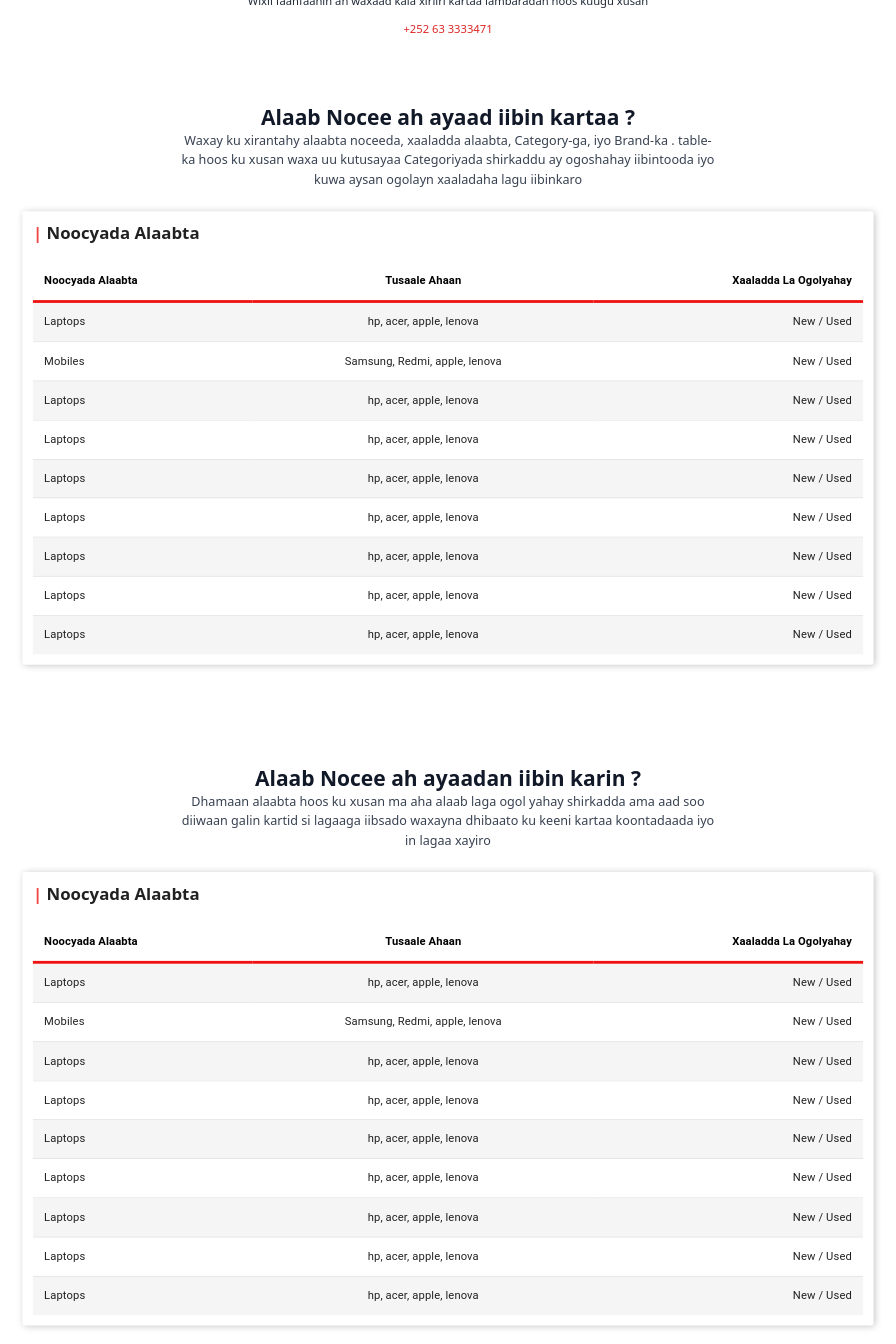
Repository: muraadso/Muraadso-Sellers
Page: /
An editor plug-in stored every save of this project. The page is shown before and after the next save, followed by the edit.
The browser window is 1280 px wide. The pictures show the part of the page from y = 2134 to 4054 px (the page is 7978 px tall), at 70% of full size.
The project was rebuilt for these pictures with package versions that can differ from the ones it lists, and the page was loaded fresh each time. The framework's server and built-in components were replaced by stand-ins that run in the browser. Also part of the build but not shown: next.config.js.

Above is the page before, as saved 2021-12-11 10:57:59.

After the next save:
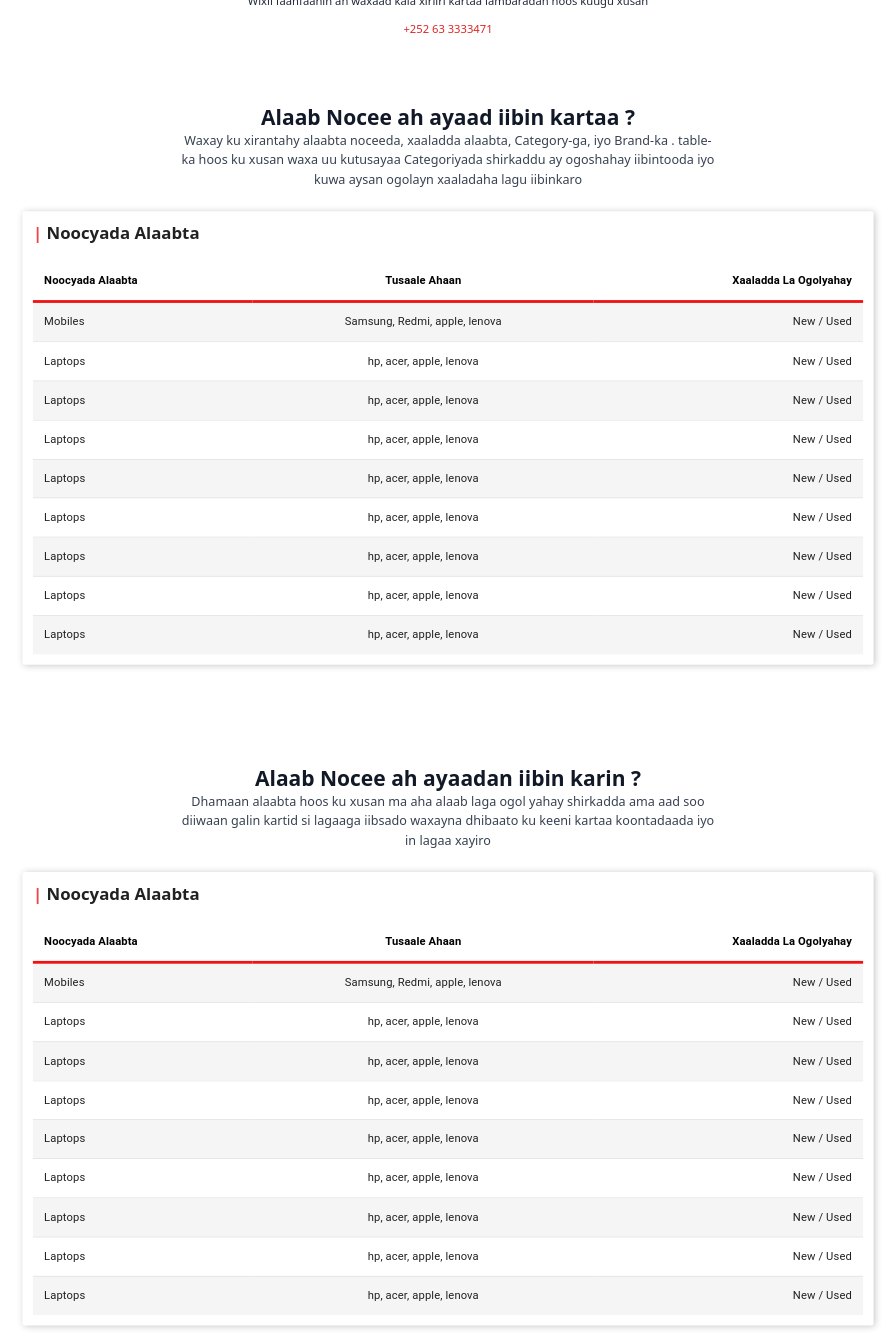
Saved 8 s later.
--- a/components/Whatsell.jsx
+++ b/components/Whatsell.jsx
@@ -44,8 +44,8 @@ function createData(noocaAlaabta, tusaale, xaaladda) {
 }
 
 const rows = [
+  createData('Mobiles', 'Samsung, Redmi, apple, lenova ', 'New / Used'),
   createData('Laptops', 'hp, acer, apple, lenova ', 'New / Used'),
-  createData('Mobiles', 'Samsung, Redmi, apple, lenova ', 'New / Used'),
   createData('Laptops', 'hp, acer, apple, lenova ', 'New / Used'),
   createData('Laptops', 'hp, acer, apple, lenova ', 'New / Used'),
   createData('Laptops', 'hp, acer, apple, lenova ', 'New / Used'),
